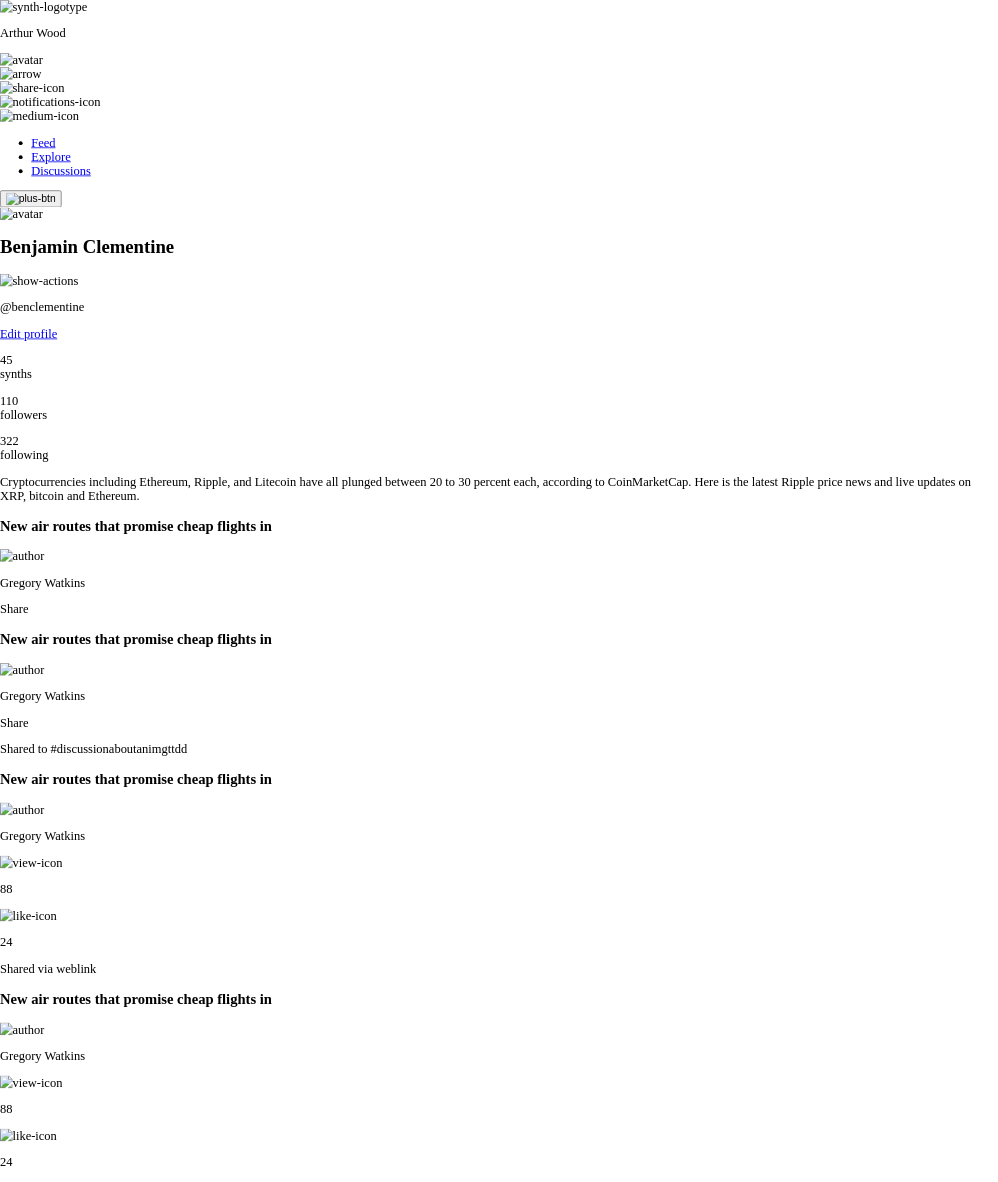
Repository: ecspetra/swivl-test-task
Page: index.html
The author's editor kept a copy of each file at every save. The page is drawn from the files as they stood at one save, then again after the next save.
The browser window is 1280 px wide. The pictures show the whole page, at 78% of full size.
The style sheet was rebuilt from its Sass, Less or Tailwind sources for each picture, by a compiler version that may differ from the author's.

Above is the page before, as saved 2021-12-09 21:17:44.

After the next save:
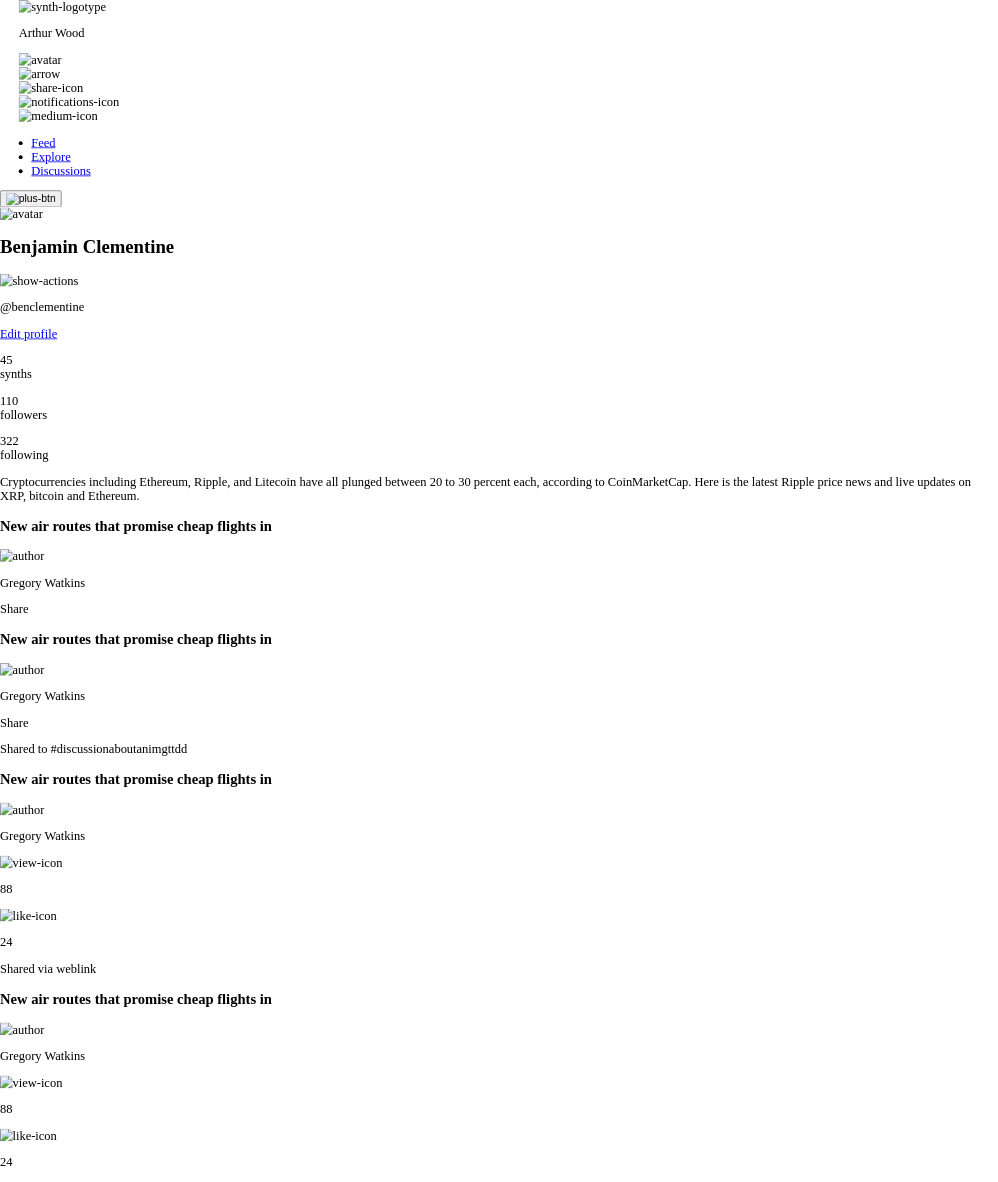
Saved 2 min 19 s later.
--- a/scss/style.scss
+++ b/scss/style.scss
@@ -9,6 +9,8 @@ body {
 }
 
 .header {
+  max-width: 1194px;
+  padding: 0 24px;
 }
 .header__logo-wrapper {
 }
